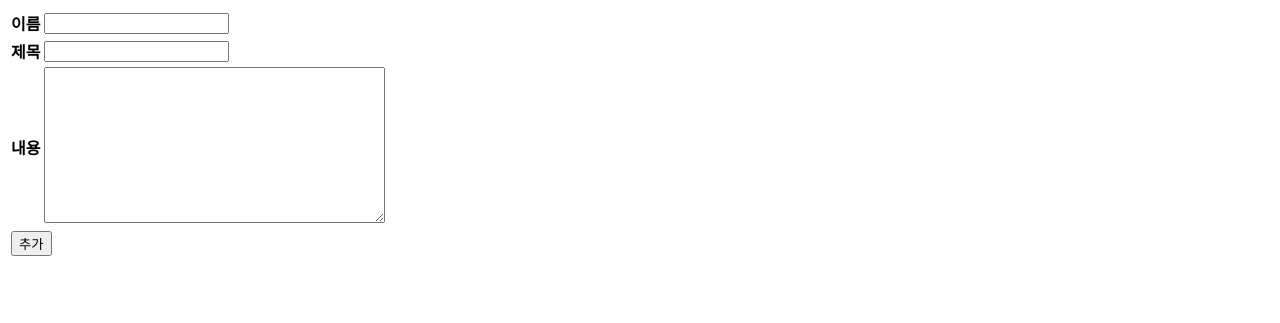
Repository: leedh909/Academy-web-
Page: http://localhost/Jsp01_MyBoard/myinsert.jsp
These files come from the project's save history. The page is drawn as it stood at one moment and after the next save; the edit follows.
The browser window is 1280 px wide. The pictures show the whole page.
The page is served by Tomcat 9.

Above is the page before, as saved 2020-06-26 07:50:53.

After the next save:
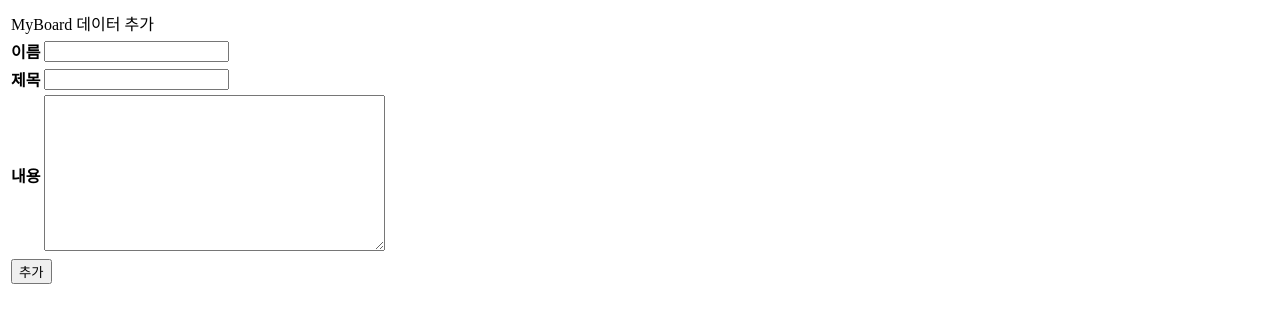
Saved 93 s later.
--- a/실습자료/eclipse-servlet/Jsp01_MyBoard/WebContent/myinsert.jsp
+++ b/실습자료/eclipse-servlet/Jsp01_MyBoard/WebContent/myinsert.jsp
@@ -15,7 +15,11 @@
 <body>
 
 <form action="myinsert_res" method="post">
+
 	<table>
+		<tr>
+			<td colspan="2"> MyBoard 데이터 추가 </td>
+		</tr>
 		<tr>
 			<th> 이름 </th>
 			<td> <input type="text" name="myname" value=""></td>
